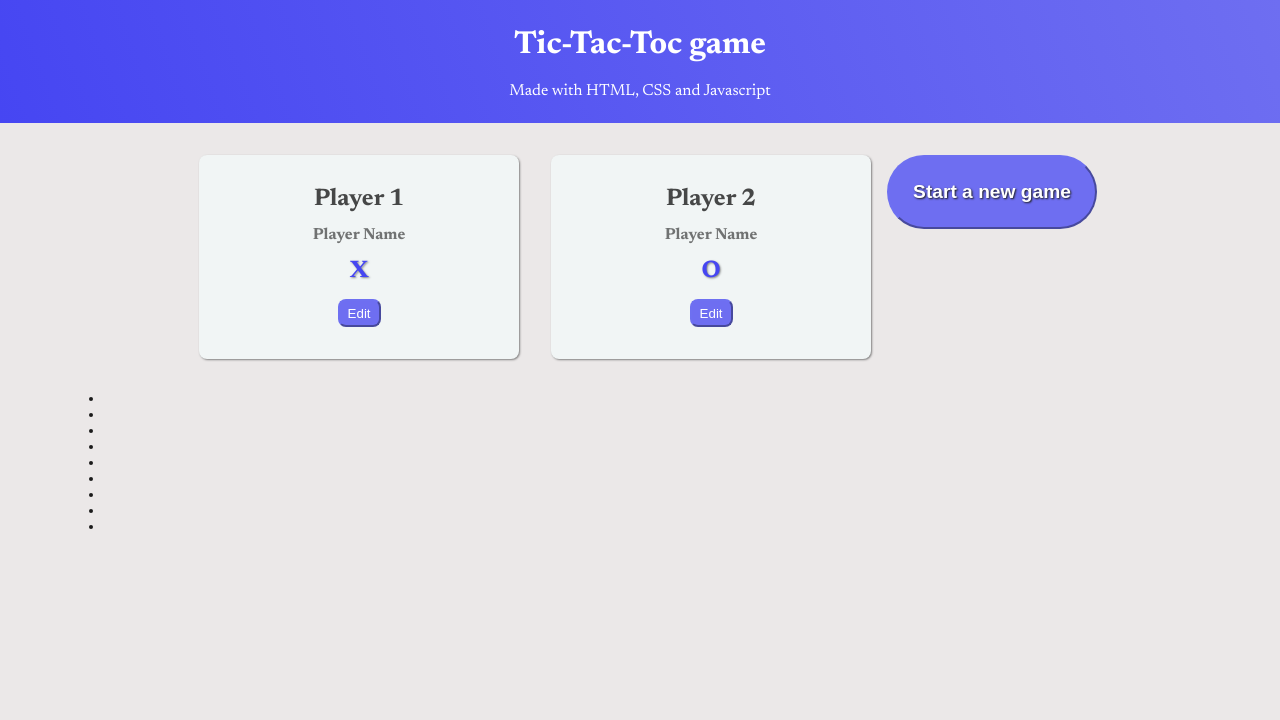
Repository: MicTomm/Tic-tac-toe-game
Page: index.html
These files come from the project's save history. The page is drawn as it stood at one moment and after the next save; the edit follows.
The browser window is 1280 px wide. The pictures show the whole page.

Above is the page before, as saved 2023-06-23 17:05:07.
Not found: js-code

After the next save:
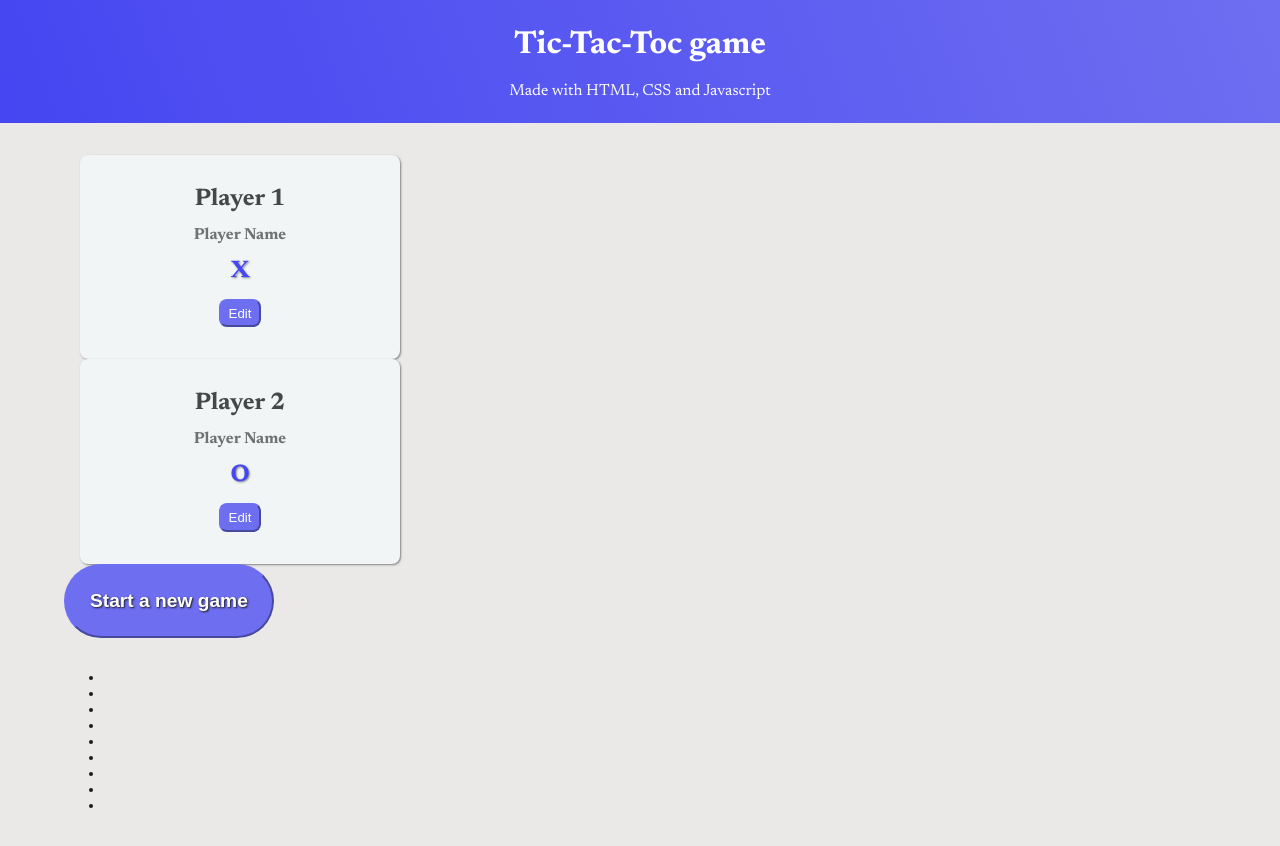
Saved 74 s later.
--- a/styles/game-configuration.css
+++ b/styles/game-configuration.css
@@ -1,7 +1,7 @@
 #game-configuration{
     display: flex;
-    flex-flow: row;
-    justify-content: center;
+    flex-flow: column;
+
     margin: 2rem auto;
     width: 90%;
 }
